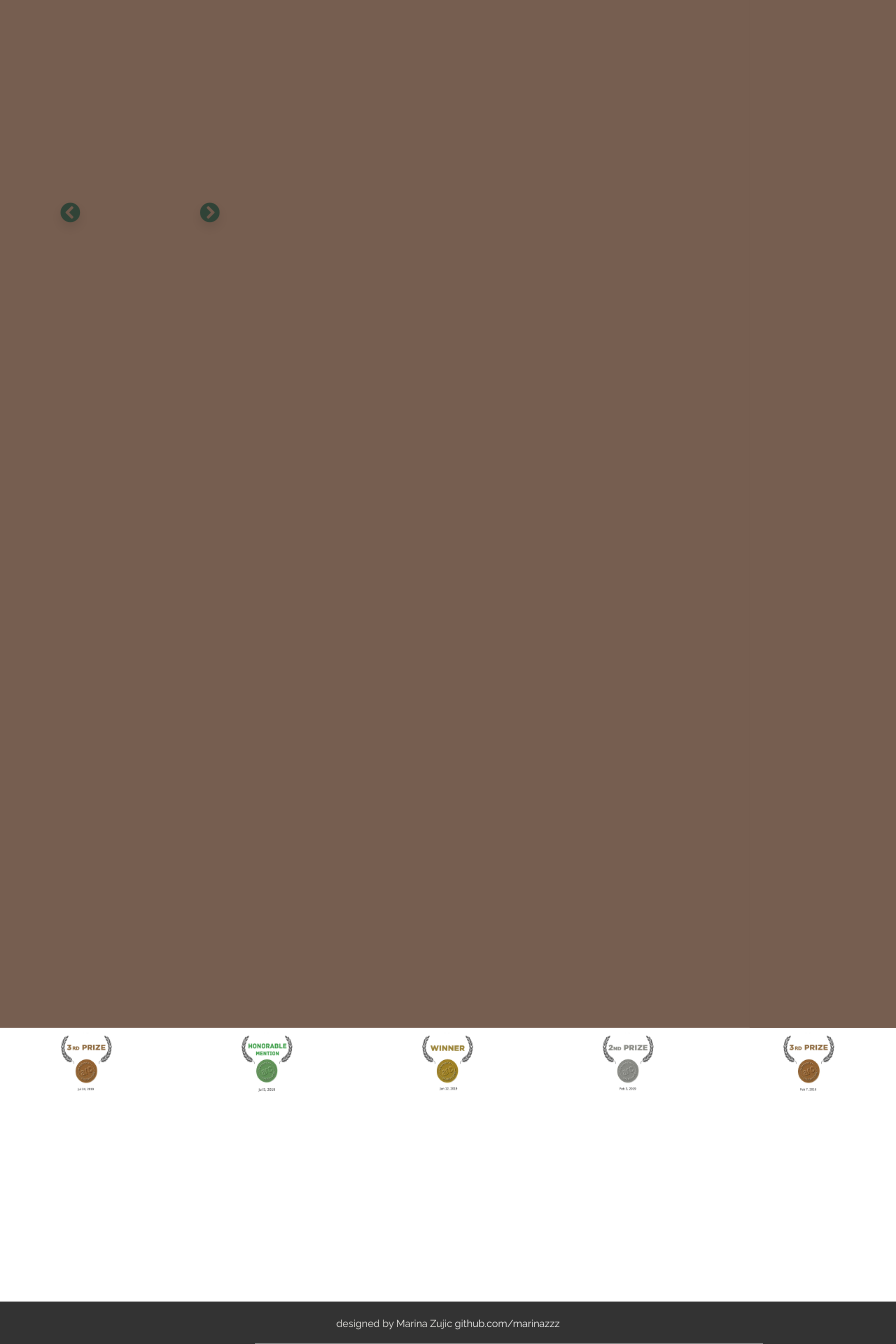
Repository: marinazzz/garden-design-website
Page: index.html
These files come from the project's save history. The page is drawn as it stood at one moment and after the next save; the edit follows.
The browser window is 1280 px wide. The pictures show the part of the page from y = 2818 to 4738 px (the page is 4738 px tall), at 70% of full size.

Above is the page before, as saved 2020-04-09 20:54:22.

After the next save:
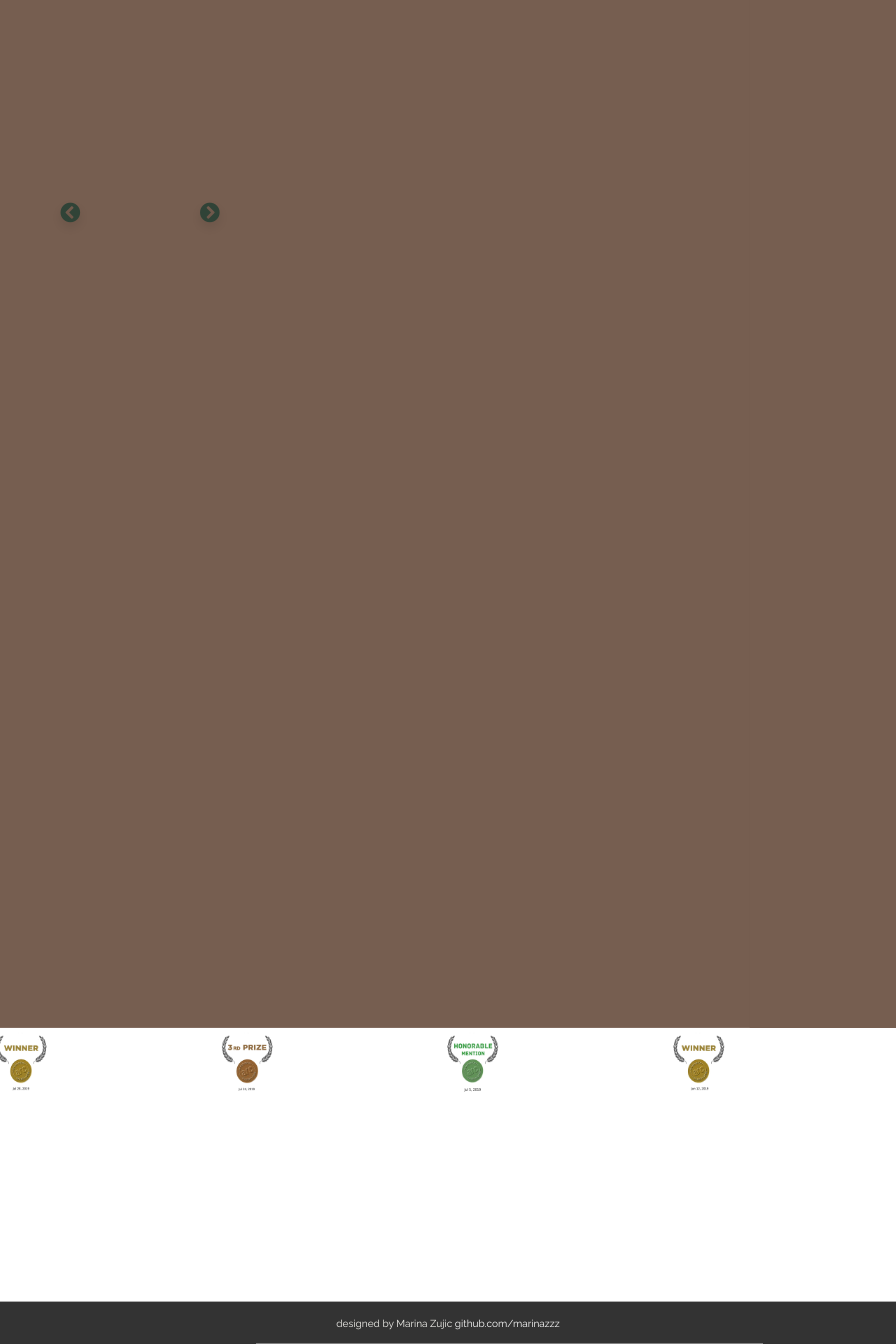
Saved 37 s later.
--- a/JS/js-app.js
+++ b/JS/js-app.js
@@ -38,8 +38,8 @@ Object.values(awardsGlide).map(carousel => {
   let awardsSlider = new Glide(carousel, {
     type: 'carousel',
     autoplay: true,
-    perView: 5,
-    autoplay: 4000,
+    perView: 4,
+    autoplay: 5000,
     animationDuration: 1000
 
   });
